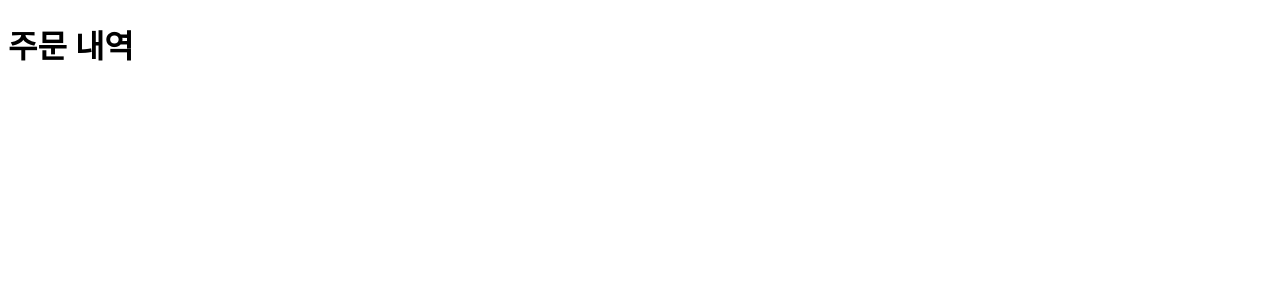
Repository: chuhj1226/servlet
Page: http://localhost/2_JSP/views/05_pizzaPayment.jsp
The author's editor kept a copy of each file at every save. The page is drawn from the files as they stood at one save, then again after the next save.
The browser window is 1280 px wide. The pictures show the whole page.
The page is served by Tomcat 9.

Above is the page before, as saved 2021-10-05 10:49:37.

After the next save:
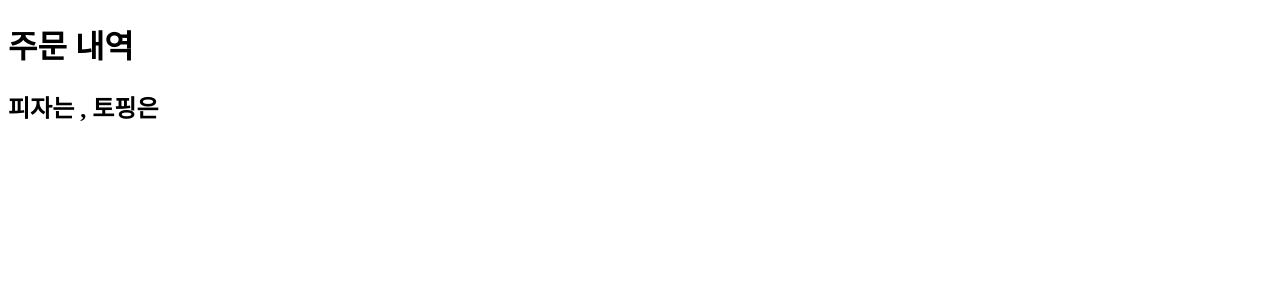
Saved 13 min 29 s later.
--- a/workspace/2_JSP/WebContent/views/05_pizzaPayment.jsp
+++ b/workspace/2_JSP/WebContent/views/05_pizzaPayment.jsp
@@ -8,6 +8,10 @@
 </head>
 <body>
 	<h1>주문 내역</h1>
+	<h2>
+		피자는 <span id='pizza'></span>,
+		토핑은 <span id='topping'></span>
+	</h2>
 
 </body>
 </html>
